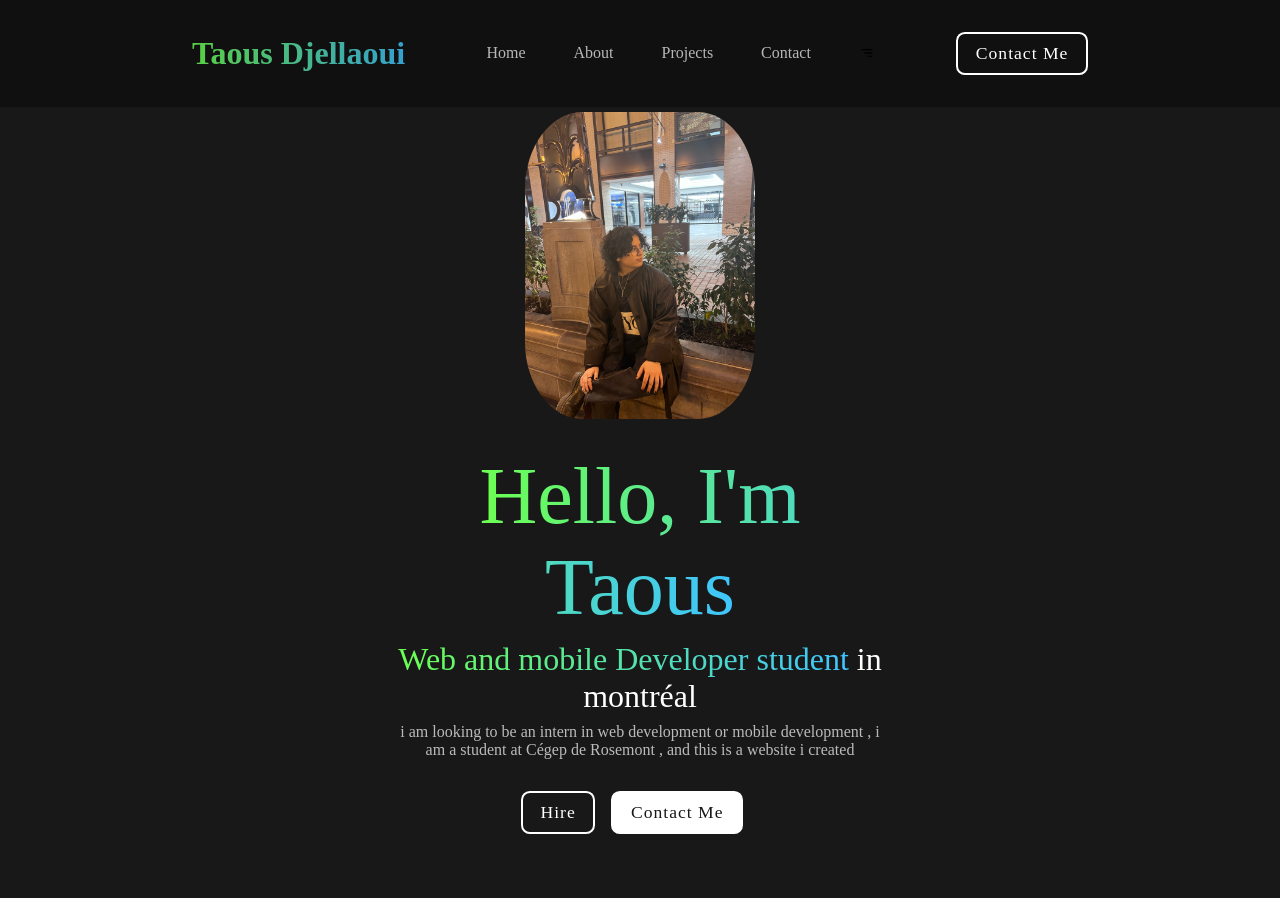
Repository: taousdjellaoui/portfolio-
Page: portfolio/index.html
These files come from the project's save history. The page is drawn as it stood at one moment and after the next save; the edit follows.
The browser window is 1280 px wide. The pictures show the whole page.

Above is the page before, as saved 2024-09-23 21:12:36.

### portfolio/index.html
<!DOCTYPE html>
<html lang="en">
  <head>
    <meta charset="UTF-8" />
    <meta name="viewport" content="width=device-width, initial-scale=1.0" />
    <title>Portfolio Website</title>
    <link rel="stylesheet" href="style.css" />
    <link href='https://unpkg.com/boxicons@2.1.4/css/boxicons.min.css' rel='stylesheet'>
  </head>
  <body>
    <nav>
      <a href="#" class="logo"><span>Taous Djellaoui</span></a>
      <ul class="links">
        <a href="#home">Home</a>
        <a href="#about">About</a>
        <a href="#projects">Projects</a>
        <a href="#contact">Contact</a>
        <i class='bx bx-menu-alt-right' id="Menu"></i>
      </ul>
      <a href="#contact" class="btn">Contact Me</a>

    </nav>
    <section id="home">
      <img src="image.jpg" alt="">
      <div class="info-box">
        <h1><span>Hello, I'm Taous</span></h1>
        <h3><span>Web and mobile Developer student</span> in montréal</h3>
        <p>i am looking to be an intern in web development or mobile development , i am a student
           at Cégep de Rosemont , and this is a website i created  </p>
      </div>
      <div class="btn-box">
        <div class="btn">Hire</div>
        <div class="btn">Contact Me</div>
        <div></div>

      </div>

    </section>

    <script src="script.js"></script>
  </body>
</html>

### portfolio/style.css
* {
  margin: 0;
  padding: 0;
  box-sizing: border-box;
  text-decoration: none;
  list-style: none;
  scroll-behavior: smooth;
  font-family: "Poppins";
}
:root {
  --background: rgb(24, 24, 24);
  --second-background: rgb(21, 21, 21);
}
body{
  min-height: 100vh;
  background-color: var(--background);
}
nav{
position:fixed;
top:0;
width: 100%;
padding: 2em 15%;
display: flex;
align-items: center;
justify-content: space-between;
background-color:rgba(15,15,15,0.8);
backdrop-filter: blur(10px);
z-index: 1000;
}
ul{
  display:flex;
  align-items: center;
  gap: 3em;

}
nav ul a{
  color: white;
  opacity: 0.7;
  transition:0.2s ease-in-out;
}
nav ul a:hover{
  opacity: 1;

}
.logo{
  font-size:2em;
  color: white;
  font-weight: 800;
  opacity: 0.8;
  transition: 0.2s ease-in-out;

}
.logo:hover{
  opacity: 1;
}
.btn{
  padding : 0.5em 1em;
  color : white;
  font-weight: 500;
  letter-spacing:1px ;
  border-radius: 0.5em;
  font-size: 1.1em;
  border: 2px solid white;
  cursor: pointer;
  transition: 0.3s ease-in-out;

}
.btn:hover{
  background-color: white;
  color: var(--background);

}
span{
  background: linear-gradient(to right,#6cff52,#3ec5ff);
  background-clip: text;
  color:transparent;
}
#menu{
  color:white;
  font-size:3em;
  display:none;
}
section{
  min-height: 100vh;
  padding: 5% 15%;
}
#home{
display: flex;
flex-direction: column;
align-items:center;
justify-content: center;
gap:2em;
color:white;

}
#home img{
width:18vw;
border-radius: 25%;
margin-top: 3em;

}
.info-box{
  display: flex;
  flex-direction: column;
  text-align: center;
  gap: 0.5em;
  max-width: 500px;

}
.info-box h1{
  font-size:5em;
  font-weight: 500;
}
.info-box h3{
  font-size:2em;
  font-weight: 400;
}
.info-box p{
 opacity:0.7;
}
.btn-box{
  display: flex;
  gap: 1em;
}
.btn-box .btn:nth-of-type(2){
  background-color:white;
  color: var(--background)
}
.btn-box .btn:nth-of-type(2):hover{
  background-color: var(--background);
  color:white;

}
::-webkit-scrollbar{
  width: 20px;
  background-color: var(--background);
}
::-webkit-scrollbar-thumb{
  background: linear-gradient(to bottom,#6cff52,#3ec5ff);
}

Loaded but not shown: portfolio/script.js (no stored copy; drawn as an empty file)

After the next save:
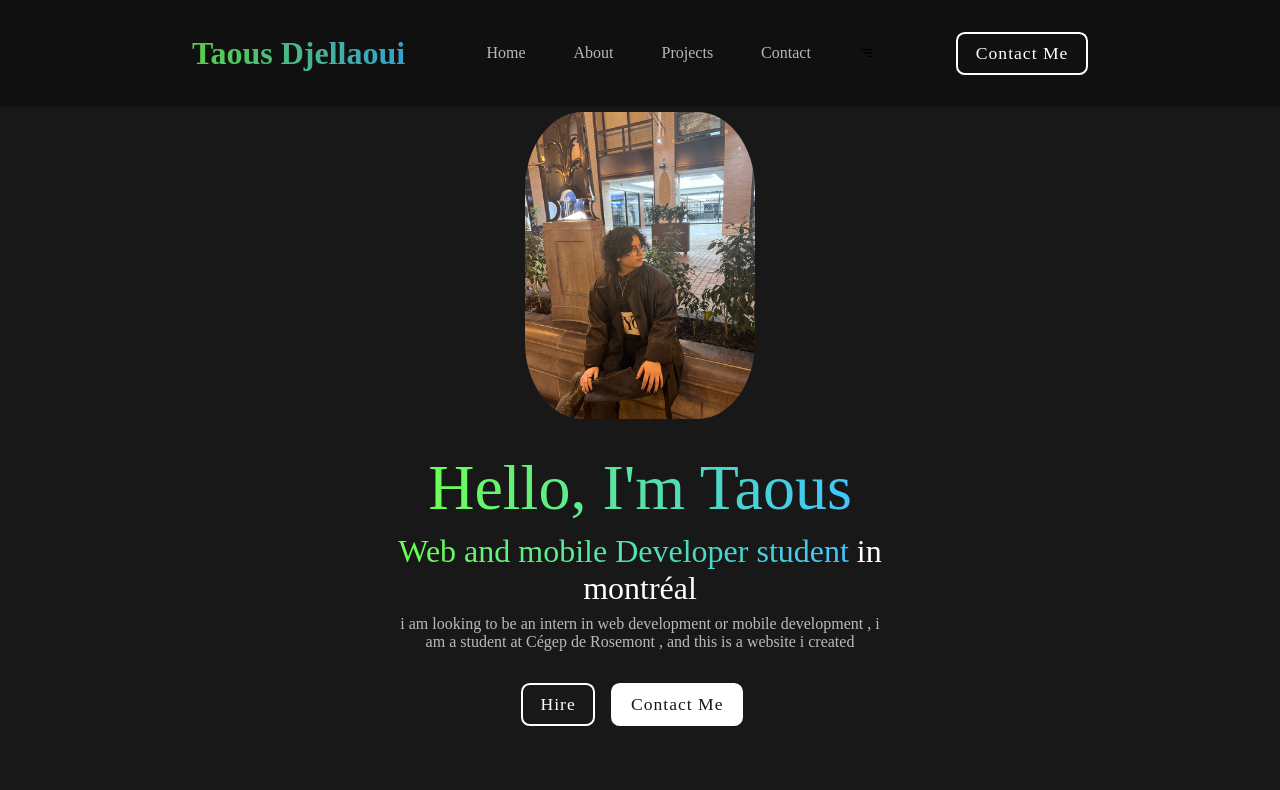
Saved 34 s later.
--- a/portfolio/style.css
+++ b/portfolio/style.css
@@ -108,7 +108,7 @@ margin-top: 3em;
 
 }
 .info-box h1{
-  font-size:5em;
+  font-size:4em;
   font-weight: 500;
 }
 .info-box h3{
